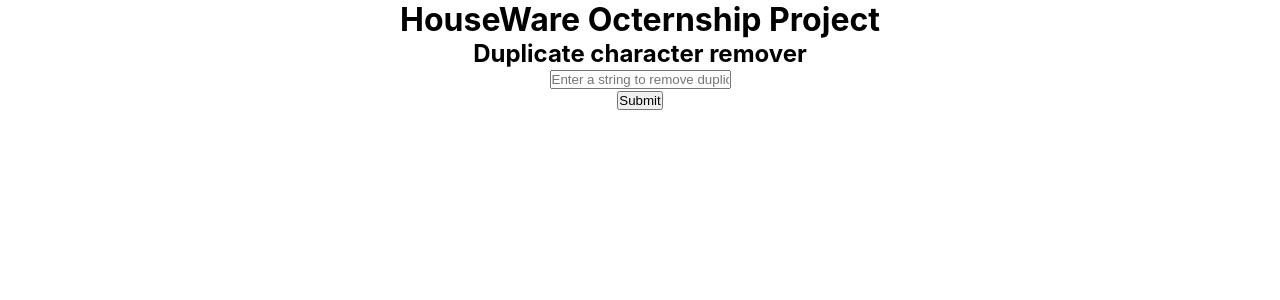
Repository: MeekyBerry/StringRefine
Page: /
The author's editor kept a copy of each file at every save. The page is drawn from the files as they stood at one save, then again after the next save.
The browser window is 1280 px wide. The pictures show the whole page.
The project was rebuilt for these pictures with package versions that can differ from the ones it lists, and the page was loaded fresh each time.

Above is the page before, as saved 2023-04-24 21:31:55.

After the next save:
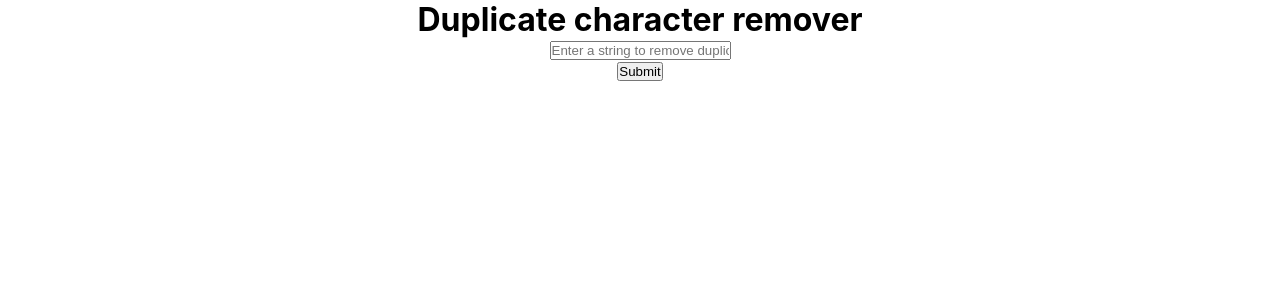
Saved 3 h 4 min later.
--- a/src/components/screen-one.jsx
+++ b/src/components/screen-one.jsx
@@ -25,11 +25,8 @@ const Screen1 = ({ inputValue, handleInputChanges }) => {
     <div className="screenOne">
       <div className="screenOne__header">
         <h1 className="screenOne__header--title">
-          HouseWare Octernship Project
+          Duplicate character remover
         </h1>
-        <h2 className="screenOne__header--subtitle">
-          Duplicate character remover
-        </h2>
       </div>
       <div className="screenOne__container">
         <input
